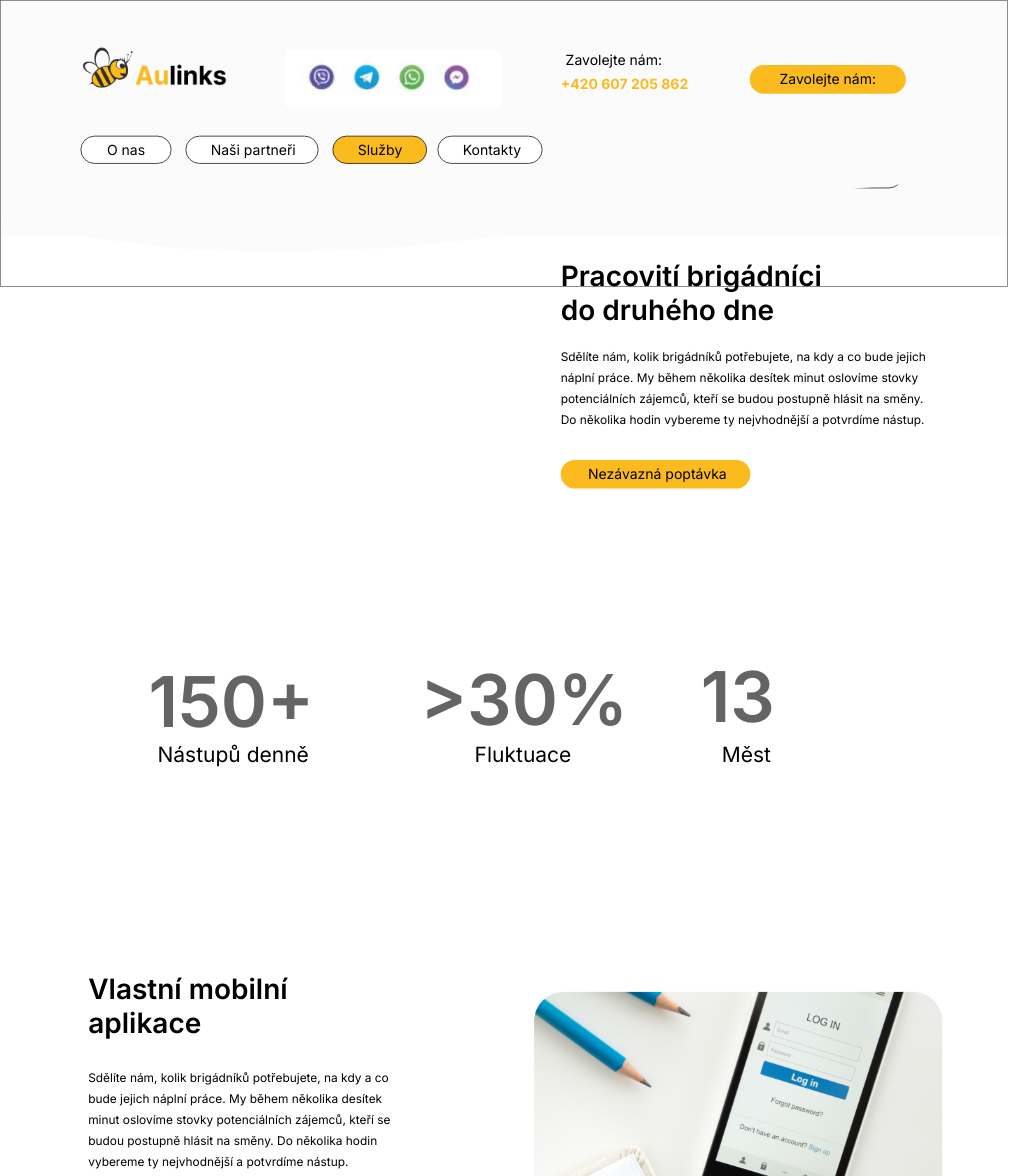
Repository: bilday08/bilday08.github.io
Page: index2.html
The author's editor kept a copy of each file at every save. The page is drawn from the files as they stood at one save, then again after the next save.
The browser window is 1280 px wide. The page is 1441 px wide, then 1440 px, so the pictures cover 1441 px, including what lies to the right of the window. The pictures show the part of the page from y = 0 to 1680 px (the page is 4718 px tall before and 4717 px after), at 70% of full size.

Above is the page before, as saved 2022-10-14 16:17:09.

After the next save:
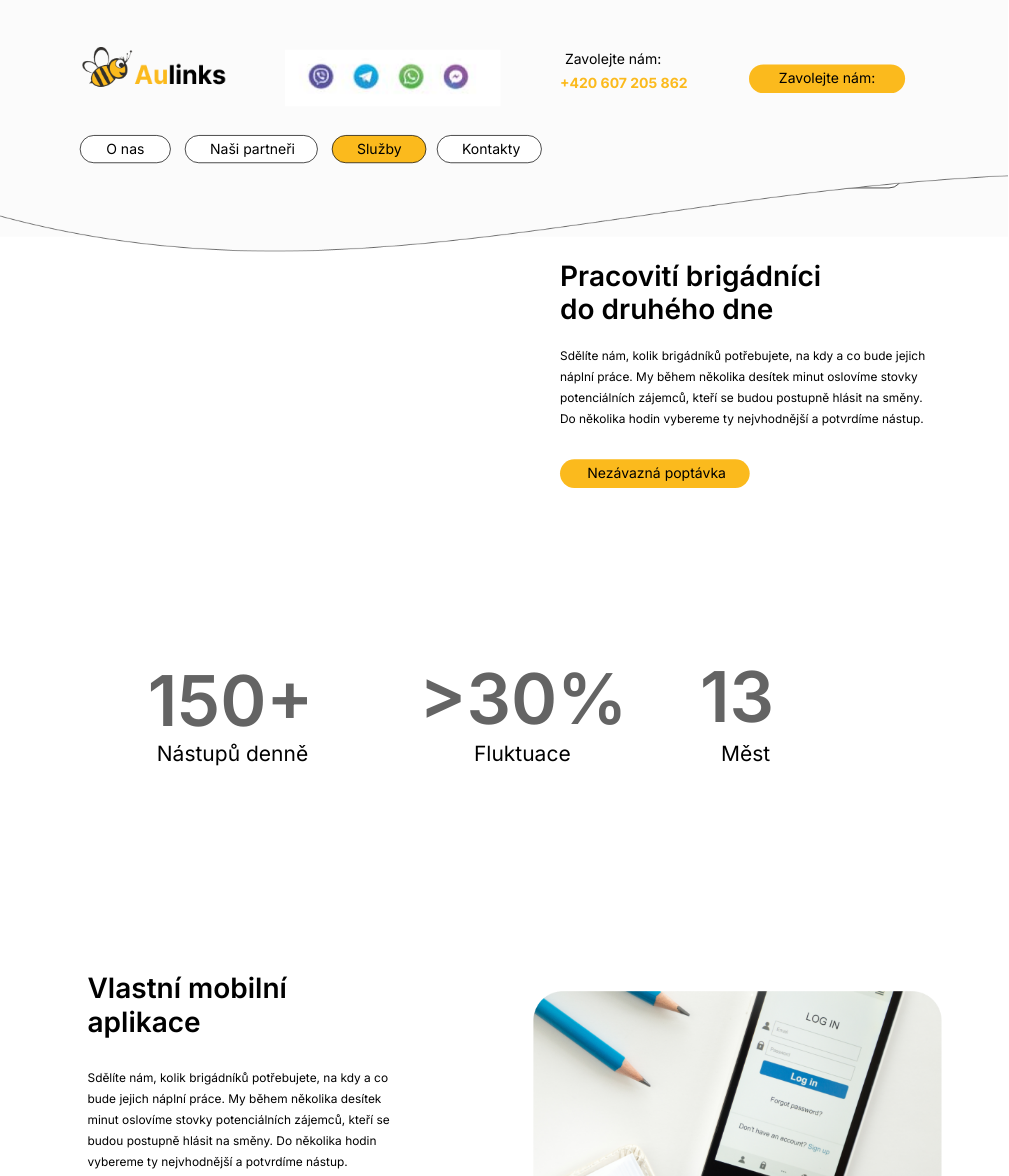
Saved 2 min 25 s later.
--- a/style2.css
+++ b/style2.css
@@ -11,11 +11,10 @@
 .container-top{
     max-width: 1440px;
     height: 410px;
-    background-image: url(./images/Rectangle\ 8\ \(3\).png);
+    background-image: url(./images/Rectangle\ 8\ \(7\).png);
     background-repeat: no-repeat;
     background-size: auto;
     position: absolute;
-    border: 1px solid rgba(0, 0, 0, 0.64);
 }
 .herder-log{
     position: absolute;
